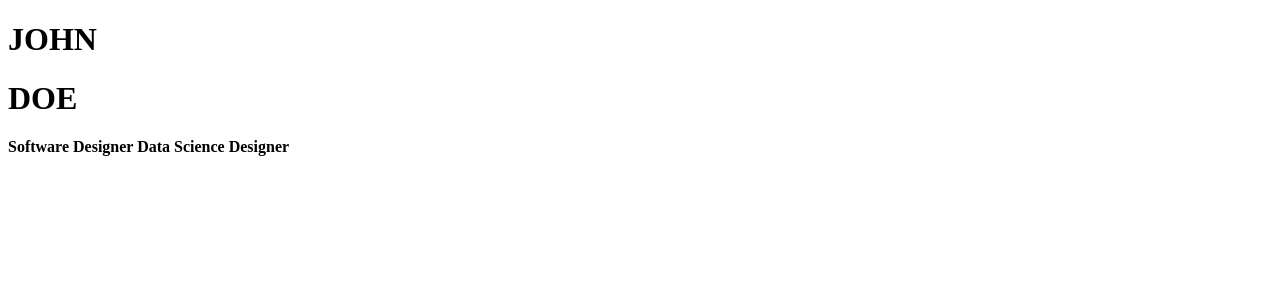
Repository: mrjayajay/week-1-code-challenges
Page: nasir/index.html
These files come from the project's save history. The page is drawn as it stood at one moment and after the next save; the edit follows.
The browser window is 1280 px wide. The pictures show the whole page.

Above is the page before, as saved 2024-03-07 18:56:15.

### nasir/index.html
<!DOCTYPE html>
<html lang="en">
<head>
    <meta charset="UTF-8">
    <meta name="viewport" content="width=device-width, initial-scale=1.0">
    <title>Assignment</title>
</head>
<body>
    <h1>JOHN</h1>
    <h1>DOE</h1>

    <h4>Software Designer  Data Science  Designer</h4>


</body>
</html>

After the next save:
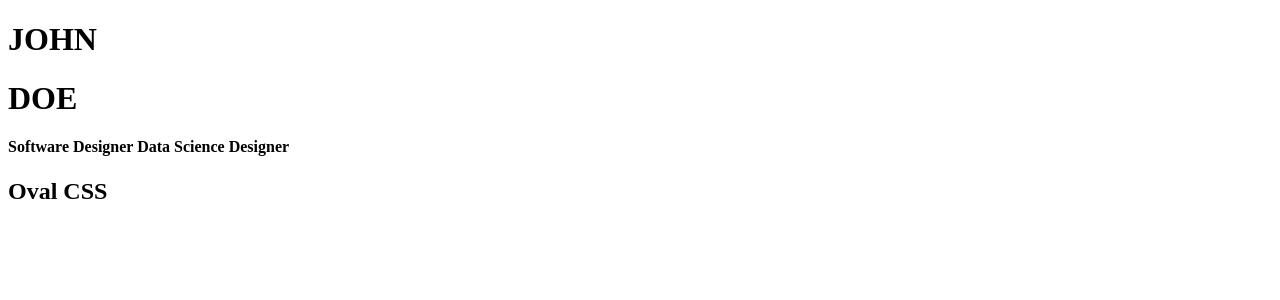
Saved 118 s later.
--- a/nasir/index.html
+++ b/nasir/index.html
@@ -10,7 +10,8 @@
     <h1>DOE</h1>
 
     <h4>Software Designer  Data Science  Designer</h4>
-
+    <h2>Oval CSS</h2>
+    <div class="circle"
 
 </body>
 </html>

After the 2 saves that followed:
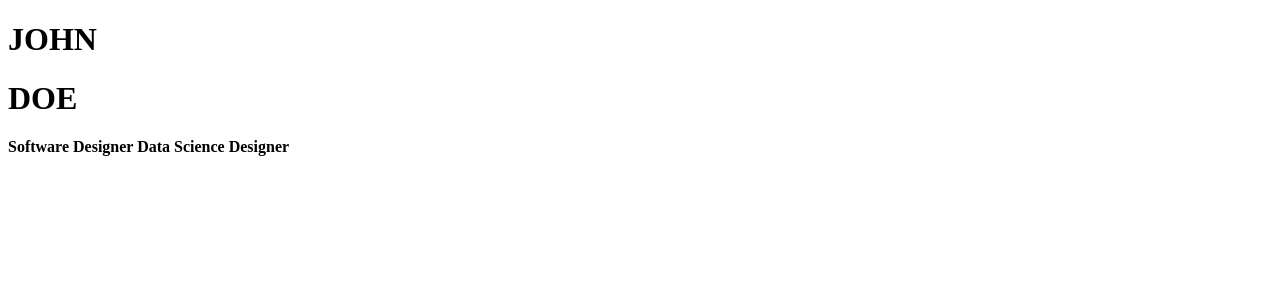
The 2 saves are shown as one change because 1 left the picture as it was.
The last was saved 6 min 46 s later.
--- a/nasir/index.html
+++ b/nasir/index.html
@@ -8,10 +8,8 @@
 <body>
     <h1>JOHN</h1>
     <h1>DOE</h1>
+    <h4>Software Designer  Data Science  Designer</h4>
 
-    <h4>Software Designer  Data Science  Designer</h4>
-    <h2>Oval CSS</h2>
-    <div class="circle"
 
 </body>
 </html>
